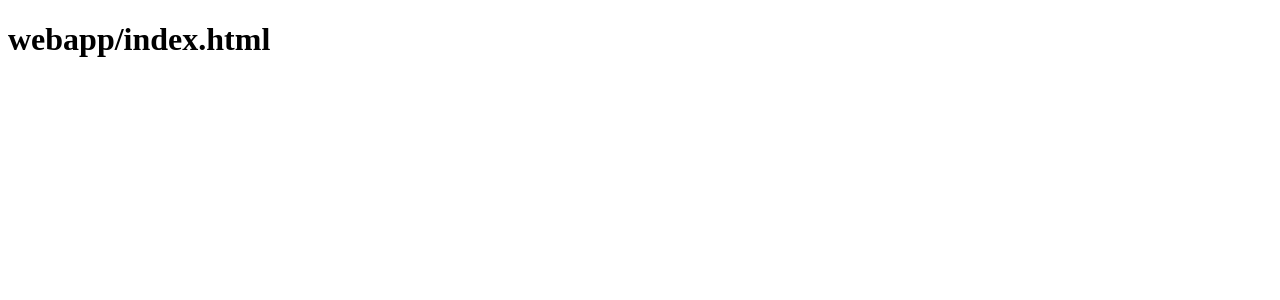
Repository: 12hongkildong/spring
Page: rlandboot3/src/main/resources/public/index.html
An editor plug-in stored every save of this project. The page is shown before and after the next save, followed by the edit.
The browser window is 1280 px wide. The pictures show the whole page.

Above is the page before, as saved 2023-02-23 06:51:27.

After the next save:
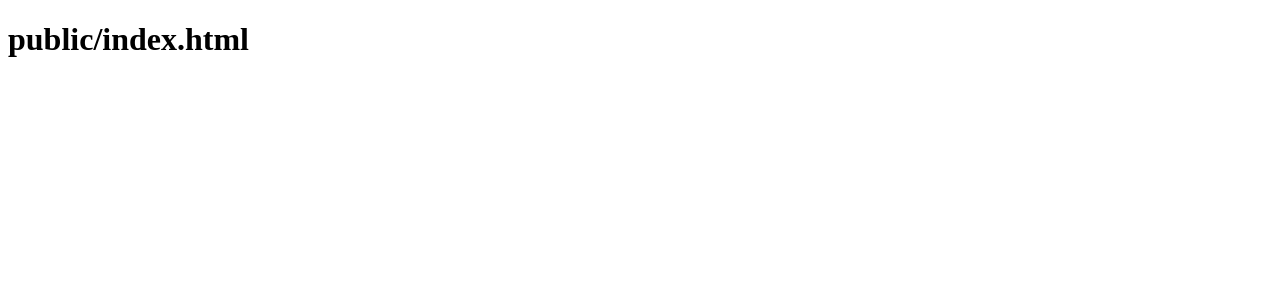
Saved 5 min 48 s later.
--- a/rlandboot3/src/main/resources/public/index.html
+++ b/rlandboot3/src/main/resources/public/index.html
@@ -5,7 +5,7 @@
 <title>Insert title here</title>
 </head>
 <body>
-	<h1>webapp/index.html</h1>
+	<h1>public/index.html</h1>
 
 </body>
 </html>
